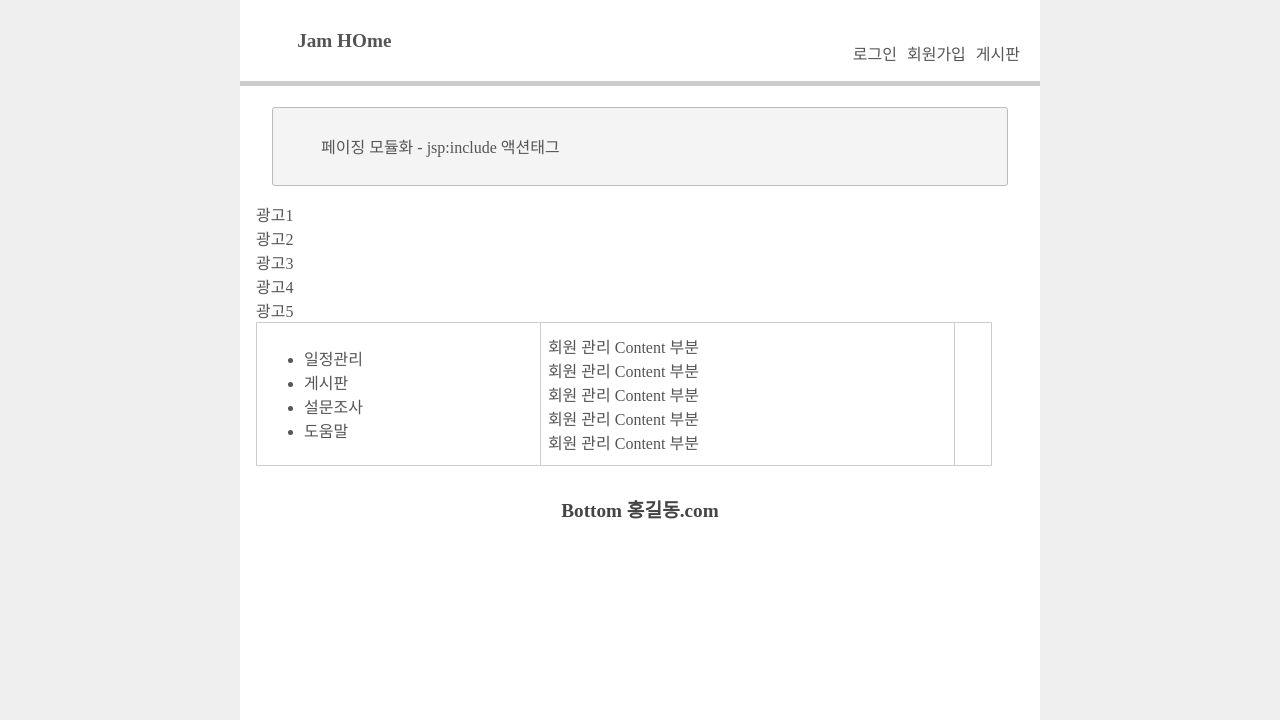
Repository: woals5636/JSPClass
Page: http://localhost/jspPro/days06/ex04_template.jsp
These files come from the project's save history. The page is drawn as it stood at one moment and after the next save; the edit follows.
The browser window is 1280 px wide. The pictures show the whole page.
Some web fonts or font styles are not loaded; a fallback is used. The page is served by Tomcat 9. Other server files are loaded and not shown.

Above is the page before, as saved 2024-10-22 05:05:11.

### jspPro/src/main/webapp/days06/ex04_template.jsp
<%@ page contentType="text/html; charset=UTF-8" pageEncoding="UTF-8"%>
<%@ taglib prefix="c" uri="http://java.sun.com/jsp/jstl/core"%>
<%@ page trimDirectiveWhitespaces="true" %>
<!DOCTYPE html>
<html>
<head>
<meta charset="UTF-8">
<title>Insert title here</title>
<link rel="shortcut icon" type="image/x-icon" href="http://localhost/jspPro/images/SiSt.ico">
<script src="https://ajax.googleapis.com/ajax/libs/jquery/3.7.1/jquery.min.js"></script>
<meta name="viewport" content="width=device-width, initial-scale=1.0">
<meta name="google" content="notranslate">
<link rel="stylesheet" href="http://localhost/jspPro/resources/cdn-main/example.css">
<script src="http://localhost/jspPro/resources/cdn-main/example.js"></script>
<style>
 span.material-symbols-outlined{
    vertical-align: text-bottom;
 }
</style>
</head>
<body>
<!-- TOP 공통 모듈 -->
<jsp:include page="/layout/top.jsp" flush="false"></jsp:include>
<div>
  <xmp class="code">
  	페이징 모듈화 - jsp:include 액션태그
  </xmp>

  <table>
  	<tr>
  		<td>
  		<jsp:include page="/days06/layout/left.jsp"></jsp:include>
  		</td>
  		<td>
  		회원 관리 Content 부분<br>
        회원 관리 Content 부분<br>
        회원 관리 Content 부분<br>
        회원 관리 Content 부분<br>
        회원 관리 Content 부분<br>
        </td>
  		<td></td>
  		<jsp:include page="/days06/layout/right.jsp"></jsp:include>
  	</tr>
  </table>
</div>

<!-- BOTTOM 공통 모듈 -->
<jsp:include page="/layout/bottom.jsp" flush="false"></jsp:include>
</body>
</html>

### jspPro/src/main/webapp/layout/top.jsp
<%@ page contentType="text/html; charset=UTF-8" pageEncoding="UTF-8"%>
<%@ taglib prefix="c" uri="http://java.sun.com/jsp/jstl/core"%>
<%@ page trimDirectiveWhitespaces="true" %>
<header>
  <h1 class="main"><a href="#" style="position: absolute;top:30px;">Jam HOme</a></h1>
  <ul>
    <li><a href="#">로그인</a></li>
    <li><a href="#">회원가입</a></li>
    <li><a href="#">게시판</a></li>
  </ul>
</header>

### jspPro/src/main/webapp/days06/layout/left.jsp
<%@ page contentType="text/html; charset=UTF-8" pageEncoding="UTF-8"%>
<%@ taglib prefix="c" uri="http://java.sun.com/jsp/jstl/core"%>
<%@ page trimDirectiveWhitespaces="true" %>
<ul>
	<li>일정관리</li>
	<li>게시판</li>
	<li>설문조사</li>
	<li>도움말</li>
</ul>

### jspPro/src/main/webapp/days06/layout/right.jsp
<%@ page contentType="text/html; charset=UTF-8" pageEncoding="UTF-8"%>
<%@ taglib prefix="c" uri="http://java.sun.com/jsp/jstl/core"%>
<%@ page trimDirectiveWhitespaces="true" %>
광고1<br>
광고2<br>
광고3<br>
광고4<br>
광고5<br>

### jspPro/src/main/webapp/layout/bottom.jsp
<%@ page contentType="text/html; charset=UTF-8" pageEncoding="UTF-8"%>
<%@ taglib prefix="c" uri="http://java.sun.com/jsp/jstl/core"%>
<%@ page trimDirectiveWhitespaces="true" %>
<div style="height: 100px; text-align: center;">
	<h3>Bottom 홍길동.com</h3>
</div>

### jspPro/src/main/webapp/resources/cdn-main/example.css
@charset "UTF-8";

@import url('https://fonts.googleapis.com/css2?family=Material+Symbols+Outlined:opsz,wght,FILL,GRAD@20..48,100..700,0..1,-50..200');

@font-face {
    font-family: 'GmarketSansMedium';
    src: url('https://cdn.jsdelivr.net/gh/projectnoonnu/noonfonts_2001@1.1/GmarketSansMedium.woff') format('woff');
    font-weight: normal;
    font-style: normal;
}

:root {
	--text-color: #555;
	--sub-text-color: #777;
	--back-color: #EFEFEF;
	--header-color: #444;
	--primary-color: #DEDEDE;
	--secondary-color: #EFEFEF;
	--default-width: 800px;
	--narrow-width: 500px;
	--wide-width: 1200px;
	--text-font: 'GmarketSansMedium';
	--icon-font: 'Material Symbols Outlined';
	--border-color: #CCC;
}

html, body {
	margin: 0;
	padding: 0;
}

html {
	background-color: var(--back-color);
	display: flex;
	justify-content: center;
	min-height: 100vh;
}

body, body.default {
	width: var(--default-width);
	background-color: white;
	padding-bottom: 120px;
}

body.wide {
	width: var(--wide-width);
}

body.narrow {
	width: var(--narrow-width);
}



body, p, div, span, a, input, select, option, textarea, button, table, th, td, label, fieldset, legend {
	font-family: var(--text-font);
	color: var(--text-color);
}

h1, h2, h3 {
	font-family: var(--text-font);
	color: var(--header-color);
	padding: 0 1rem;
	padding-top: .5rem;
}

div > h1, div > h2, div > h3 {
	padding: 0;
}

body > div, body > main > div {
	padding: 0.3rem 1rem;
}


h1 { font-size: 2rem; border-bottom: 1px solid var(--border-color); }
h1 small { font-size: 1.2rem; color: var(--sub-text-color); }
h2 { font-size: 1.5rem; border-bottom: 1px dashed var(--border-color); }
h2 small { font-size: 1.1rem; color: --sub-text-color; }
h3 { font-size: 1.2rem; }
h3 small { font-size: 1rem; color: --sub-text-color; }



h1.main::before {
	font-family: var(--icon-font);
  	content: '\e666';
  	margin-right: 10px;
  	float: left;
	font-size: 2.5rem;
}

h1.sub::before {
	font-family: var(--icon-font);
  	content: '\ea19';
  	margin-right: 10px;
  	float: left;
	font-size: 2.5rem;
}


h1.page::before {
	font-family: var(--icon-font);
  	content: '\e0e0';
  	margin-right: 10px;
  	float: left;
	font-size: 2.5rem;
}

body > header > ul > li > .active{
	background-color: #FFF;
	color:#F00;
}

body > header {
	display: flex;
	justify-content: space-between;
	border-bottom: 5px solid var(--border-color);
	min-height: 74px;
	background-color: #FFF;
}

body > header.sticky {
	position: sticky;
	top: 0;
	z-index: 98;
}

body > header > h1 {
	font-size: 1.2rem;
	border: 0;
}

body > header.in > h1::before {
	font-family: var(--icon-font);
  	content: '\e332‥';
  	margin-right: 3px;
  	float: left;
	font-size: 2rem;
}


body > header > ul {
	list-style-type: none;
	display: flex;
	align-items: flex-end;
	margin-right: 10px;
}

body > header > ul > li {
	margin-right: 10px;
	cursor: pointer;
}

body > header > ul > li > a {
	cursor: pointer;
}


form {
	display: block;
}

form > div {
	padding: 0.3rem 1rem;
}

div > form > div {
	padding: 0.3rem 0;
}

input, textarea, button, select {
	border: 1px solid #BBB;
	border-radius: 3px;
	outline: none;
	resize: none;
	padding: 7px;
	margin: 0;
}

input[type=text]:read-only, textarea:read-only {
	cursor: not-allowed;
	background-color: #FFF;
}

input[type=text]:disabled, textarea:disabled {
	cursor: not-allowed;
	background-color: #EEE;
}

input[type=text], input[type=password], textarea, button, select {
	/* width: 300px; */
}

textarea {
	display: block;
	height: 100px;
}

input[type=button], input[type=submit], button {
	/* width: inherit; */
}

input.short, textarea.short, button.short, select.short {
	width: 100px;
}

input.long, textarea.long, button.long, select.long {
	width: 350px;
}

.narrow input.long, .narrow textarea.long, .narrow button.long, .narrow select.long {
	width: calc(100% - 20px);
}

input.full, textarea.full, button.full, select.full {
	width: calc(100% - 20px);
}

textarea.short {
	height: 50px;
}

textarea.long {
	height: 100px;
}

textarea.full {
	height: 200px;
}

input, textarea {
	padding-top: 8px;
}

input[type=button], input[type=submit], button {
	padding: 5px 10px;
	background-color: var(--secondary-color);
	cursor: pointer;
	min-height: 36px;
}

input[type=button].primary, input[type=submit].primary, button.primary {
	/* background-color: rgba(100, 149, 237, .2); */
	background-color: var(--primary-color);
}

input[type=button].primary:hover, input[type=submit].primary:hover, button.primary:hover {
	/* background-color: rgba(100, 149, 237, .3); */
	background-color: var(--secondary-color);
}

input[type=button]:hover, input[type=submit]:hover, button:hover {
	background-color: var(--primary-color);
}

button {
	position: relative;
	left: 0;
	top: 0;
	padding-left: 35px;
}

button .material-symbols-outlined {
	position: absolute;
	left: 10px;
	top: 4px;
}

/* k2nik add */
button.login::before {
	font-family: var(--icon-font);
  	content: '\ea77';
	position: absolute;
	left: 11px;
	top: 4px;
	font-size: 1.25rem;
}

/* k2nik logout */
button.logout::before {
	font-family: var(--icon-font);
  	content: '\e9ba';
	position: absolute;
	left: 11px;
	top: 4px;
	font-size: 1.25rem;
}

/* k2nik help */
button.help::before {
	font-family: var(--icon-font);
  	content: '\f1c0';
	position: absolute;
	left: 11px;
	top: 4px;
	font-size: 1.25rem;
}

button.add::before{
	font-family: var(--icon-font);
  	content: '\e746';
	position: absolute;
	left: 11px;
	top: 4px;
	font-size: 1.25rem;
}

button.back::before {
	font-family: var(--icon-font);
  	content: '\e166';
	position: absolute;
	left: 11px;
	top: 4px;
	font-size: 1.25rem;
}

button.list::before {
	font-family: var(--icon-font);
  	content: '\e0ee';
	position: absolute;
	left: 11px;
	top: 4px;
	font-size: 1.25rem;
}


button.del::before {
	font-family: var(--icon-font);
  	content: '\e872';
	position: absolute;
	left: 11px;
	top: 4px;
	font-size: 1.25rem;
}


button.edit::before {
	font-family: var(--icon-font);
  	content: '\e745';
	position: absolute;
	left: 11px;
	top: 4px;
	font-size: 1.25rem;
}


button.login::before {
	font-family: var(--icon-font);
  	content: '\ea77';
	position: absolute;
	left: 11px;
	top: 4px;
	font-size: 1.25rem;
}


button.logout::before {
	font-family: var(--icon-font);
  	content: '\e9ba';
	position: absolute;
	left: 11px;
	top: 4px;
	font-size: 1.25rem;
}


button.in::before {
	font-family: var(--icon-font);
  	content: '\f71a';
	position: absolute;
	left: 11px;
	top: 4px;
	font-size: 1.25rem;
}


button.out::before {
	font-family: var(--icon-font);
  	content: '\f70e';
	position: absolute;
	left: 11px;
	top: 4px;
	font-size: 1.25rem;
}


button.reply::before {
	font-family: var(--icon-font);
  	content: '\e15e';
	position: absolute;
	left: 11px;
	top: 4px;
	font-size: 1.25rem;
}


button.comment::before {
	font-family: var(--icon-font);
  	content: '\e0b9';
	position: absolute;
	left: 11px;
	top: 4px;
	font-size: 1.25rem;
}


button.modal::before {
	font-family: var(--icon-font);
  	content: '\e89e';
	position: absolute;
	left: 11px;
	top: 4px;
	font-size: 1.25rem;
}


button.ok::before {
	font-family: var(--icon-font);
  	content: '\e86c';
	position: absolute;
	left: 11px;
	top: 4px;
	font-size: 1.25rem;
}


button.cancel::before {
	font-family: var(--icon-font);
  	content: '\e5c9';
	position: absolute;
	left: 11px;
	top: 4px;
	font-size: 1.25rem;
}

button.search::before {
	font-family: var(--icon-font);
  	content: '\e8b6';
	position: absolute;
	left: 11px;
	top: 4px;
	font-size: 1.25rem;
}

button.home::before {
	font-family: var(--icon-font);
  	content: '\e88a';
	position: absolute;
	left: 11px;
	top: 4px;
	font-size: 1.25rem;
}


button.sidebar::before {
	font-family: var(--icon-font);
  	content: '\f7e4';
	position: absolute;
	left: 11px;
	top: 4px;
	font-size: 1.25rem;
}


button.sidebar-right::before {
	font-family: var(--icon-font);
  	content: '\f7e5';
	position: absolute;
	left: 11px;
	top: 4px;
	font-size: 1.25rem;
}




button::before {
	font-family: var(--icon-font);
  	content: '\e323';
	position: absolute;
	left: 11px;
	top: 4px;
	font-size: 1.25rem;
}


table {
	border-collapse: collapse;
	margin: 1rem;
	box-sizing: border-box;
	width: calc(100% - 32px);
}

table.content {
	width: auto;
}

div > table {
	margin: 0;
}

table th, table td {
	border: 1px solid var(--border-color);
	padding: 7px;
	font-weight: normal;
}

table th {
	background-color: var(--back-color);
}

table.vertical th {
	width: 150px;
}

table.vertical td {
	width: calc(100% - 182px);
	padding-left: 10px;
}

table.content td, table.content th {
	width: auto;
}

body.narrow table.vertical th {
	width: 100px;
}

body.narrow table.vertical td {
	width: calc(100% - 182px);
}


table + table {
	margin-top: 30px;
}


p {
	padding: 0 1rem;
}

a {
	text-decoration: none;
}

a:hover {
	color: rgba(255, 99, 71, .7);
}

hr {
	border: 0;
	border-top: 1px solid var(--border-color);
	margin: 2rem 0;
}

.message {
	border: 1px solid var(--border-color);
	background-color: #EFEFEF;
	margin: 1rem;
	width: auto;
	padding-top: 10px;
	padding-bottom: 10px;
	font-size: 14px;
}

.message[title]::before {
	content: attr(title);
	display: block;
	border-bottom: 1px solid var(--border-color);
	padding-bottom: 5px;
	margin-bottom: 10px;
	margin-top: 7px;
}

.message.short {
	max-width: 250px;
}

.message.long {
	max-width: 500px;
}

.badge {
	float: right;
	font-size: .8rem;
	margin-top: 2px;
	margin-right: 2px;
	text-shadow: 0 0 7px gray;
}

.badge.left {
	float: none;
	margin-left: 2px;
}

.badge.right {
	float: right;
}

.badge.red {
	border-radius: 50%;
	padding: 2px 5px;
	background-color: rgb(255, 99, 71, .3);
}

.badge.yellow {

	border-radius: 50%;
	padding: 2px 5px;
	background-color: rgb(255, 215, 0, .5);
}

.badge.blue {
	border-radius: 50%;
	padding: 2px 5px;
	background-color: rgb(100, 149, 237, .3);
}

label + label {
	margin-left: 7px;
}

label input[type=checkbox], label input[type=radio] {
	transform: translate(0, 1px);
}

.group {
	display: flex;
}

.modal-content .group {
	margin-bottom: .5rem;
}

.group label {
	border: 1px solid #BBB;
	border-radius: 3px;
	outline: none;
	resize: none;
	padding: 7px 14px;
	margin: 0;
	border-top-right-radius: 0;
	border-bottom-right-radius: 0;
	background-color: #EFEFEF;
	white-space: nowrap;
	font-size: 14px;
}

.group input[type=text] {
	margin-left: -1px;
	border-top-left-radius: 0;
	border-bottom-left-radius: 0;
}

.group select {
	margin-left: -1px;
	border-top-left-radius: 0;
	border-bottom-left-radius: 0;
}

.group input.full[type=text] {
	margin-left: -1px;
	border-top-left-radius: 0;
	border-bottom-left-radius: 0;
	width: 100%;
}

.group input[type=button]:first-child, .group button:first-child {
	border-top-left-radius: 3px;
	border-bottom-left-radius: 3px;
	margin-left: 0px;
}

.group input[type=button], .group button {
	border-radius: 0;
	margin-left: -1px;
}

.group input[type=button]:last-child, .group button:last-child {
	margin-left: -1px;
	border-top-right-radius: 3px;
	border-bottom-right-radius: 3px;
}

.seperate {
	display: flex;
	justify-content: space-between;
}

div.list {
	width: max-content;
	margin: 1rem;
	border: 1px solid #BBB;
	border-radius: 3px;
	padding: 0;
}

div.list.full {
	width: auto;
	display: block;
	margin: 1rem;
	border: 1px solid #BBB;
	border-radius: 3px;
	padding: 0;
}

div.list > div {
	padding: .5rem 1rem;
	margin: 0;
	border-bottom: 1px solid #BBB;
}

div.list > div:last-child {
	border-bottom: 0;
}

pre.code , xmp.code{
	font-family: consols;
	background-color: rgba(150, 150, 150, .1);
	border: 1px solid #BBB;
	border-radius: 3px;
	padding: .5rem 1rem;
	padding-bottom: .6rem;
	margin: 1rem;
}




*[data-modal-window] {
	position: fixed;
	background-color: rgba(0, 0, 0, .3);
	left: 0;
	top: 0;
	display: none;
	justify-content: center;
	align-items: flex-start;
	width: 100%;
	min-height: 100vh;
	z-index: 100;
	opacity: 0;
	transition: 500ms all;
}

*[data-modal-window] .modal-container {
	border-radius: 5px;
	padding: 1rem;
	padding-bottom: .5rem;
	margin-top: -500px;
	opacity: 0;
	width: 500px;
	background-color: #FFF;
	margin-right: 2rem;
	transition: 500ms all;
}

*[data-modal-size=content] .modal-container {
	width: auto;
}

*[data-modal-size=narrow] .modal-container {
	width: 300px;
}

*[data-modal-size=wide] .modal-container {
	width: 760px;
}


*[data-modal-window] .modal-header {
	border-bottom: 1px solid var(--border-color);
	padding: 2px 5px;
}

*[data-modal-window] .modal-content {
	padding: 1rem 5px;
}

*[data-modal-window] .modal-content div:last-child {
	margin-top: 1rem;
	text-align: right;
}



*[data-sidebar-window] {
	position: fixed;
	background-color: #FFF;
	left: 0;
	top: 0;
	display: block;
	width: 300px;
	border-right: 1px solid var(--border-color);
	box-sizing: border-box;
	box-shadow: 0 0 3px var(--back-color);
	min-height: 100vh;
	z-index: 99;
	transform: translate(-300px, 0);
	transition-duration: 500ms;
	transition-property: transform;
}

*[data-sidebar-direction=right] {
	left: auto;
	right: 0;
	transform: translate(300px, 0);
	border-left: 1px solid var(--border-color);
}

*[data-sidebar-size=wide] {
	width: 500px;
	transform: translate(-500px, 0);
}

*[data-sidebar-window] .sidebar-title {
	border-bottom: 1px solid var(--border-color);
	margin-top: 20px;
	margin-bottom: 20px;
	padding-bottom: 5px;
	display: flex;
	justify-content: space-between;
}

*[data-sidebar-window] .sidebar-title span:last-child {
	cursor: pointer;
}


/* K2Nik pagination */
.center {
  text-align: center;
}

.pagination {
  display: inline-block;
}

.pagination a {
  color: black;
  float: left;
  padding: 3px 6px;
  text-decoration: none;
  transition: background-color .3s;
  border: 1px solid #ddd;
  margin: 0 3px;
}

.pagination a.active {
  background-color: #4CAF50;
  color: white;
  border: 1px solid #4CAF50;
}

.pagination a:hover:not(.active) {background-color: #ddd;}

### jspPro/src/main/webapp/resources/cdn-main/example.js

window.onload = () => {

    const list = document.querySelectorAll('input, textarea');

    list.forEach(item => {
        item.setAttribute('autocomplete', 'off');
    });


    const modal_btn_list = document.querySelectorAll('*[data-modal-button]');

    modal_btn_list.forEach(item => {
        item.onclick = function() {

            const name = this.dataset['modalButton'];
            const modal_window = document.querySelector('*[data-modal-window=' + name);

            const container = document.createElement('div');
            container.className = 'modal-container';



            const modal_header = document.createElement('div');
            modal_header.textContent = modal_window.dataset['modalTitle'];
            modal_header.className = 'modal-header';
            container.appendChild(modal_header);

            const modal_content = document.createElement('div');
            modal_content.className = 'modal-content';
            container.appendChild(modal_content);

            Array.from(modal_window.childNodes).forEach(item => {
                modal_content.appendChild(item);
            });

            modal_window.appendChild(container);

            modal_window.style.display = 'flex';

            setTimeout(() => {
                modal_window.style.opacity = 1;
                container.style.marginTop = '20px';
                container.style.opacity = 1;
            }, 50);


            const modal_ok = document.querySelector('*[data-modal-ok=' + name);
            modal_ok.addEventListener('click', function() {
                modal_window.style.opacity = 0;
                container.style.marginTop = '-500px';
                container.style.opacity = 0;

                setTimeout(() => {
                    modal_window.innerHTML = modal_content.innerHTML;
                    modal_window.style.display = 'none';
                }, 500);

            });

            const modal_cancel = document.querySelector('*[data-modal-cancel=' + name);
            modal_cancel.addEventListener('click', function() {

                modal_window.style.opacity = 0;
                container.style.marginTop = '-500px';
                container.style.opacity = 0;

                setTimeout(() => {
                    modal_window.innerHTML = modal_content.innerHTML;
                    modal_window.style.display = 'none';
                }, 500);
            });


        };
    });


    const sidebar_btn_list = document.querySelectorAll('*[data-sidebar-button]');

    sidebar_btn_list.forEach(item => {
        item.onclick = function() {



            const name = this.dataset['sidebarButton'];
            const sidebar_window = document.querySelector('*[data-sidebar-window=' + name);

            if (sidebar_window.style.transform == 'translate(0px, 0px)') return;



            sidebar_window.style.transform = 'translate(0, 0)';

            const sidebar_title = document.createElement('div');
            sidebar_title.className = 'sidebar-title';
            sidebar_title.innerHTML = '<span>' + sidebar_window.dataset['sidebarTitle'] + '</span><span class="material-symbols-outlined">close</span>';

            sidebar_title.children[1].onclick = function() {

                let sign = 1;
                let distance = 300;

                if (sidebar_window.dataset['sidebarDirection'] != 'right') {
                    sign = -1;
                } else {
                    sign = 1;
                }

                if (sidebar_window.dataset['sidebarSize'] != 'wide') {
                    distance = 300;
                } else {
                    distance = 500;
                }

                distance *= sign;

                sidebar_window.style.transform = 'translate(' + distance + 'px, 0)';

                setTimeout(function() {
                    sidebar_window.removeChild(sidebar_window.children[0]);
                }, 500);
            };


            sidebar_window.prepend(sidebar_title);

        }
    });

};

// window.onkeydown = function(event) {

//     if (event.keyCode == 27) {
//         if (document.querySelector('[data-modal-window').style.display == 'flex') {
//             document.querySelector('[data-modal-window').style.display = 'none';
//         }
//     }

// };

After the next save:
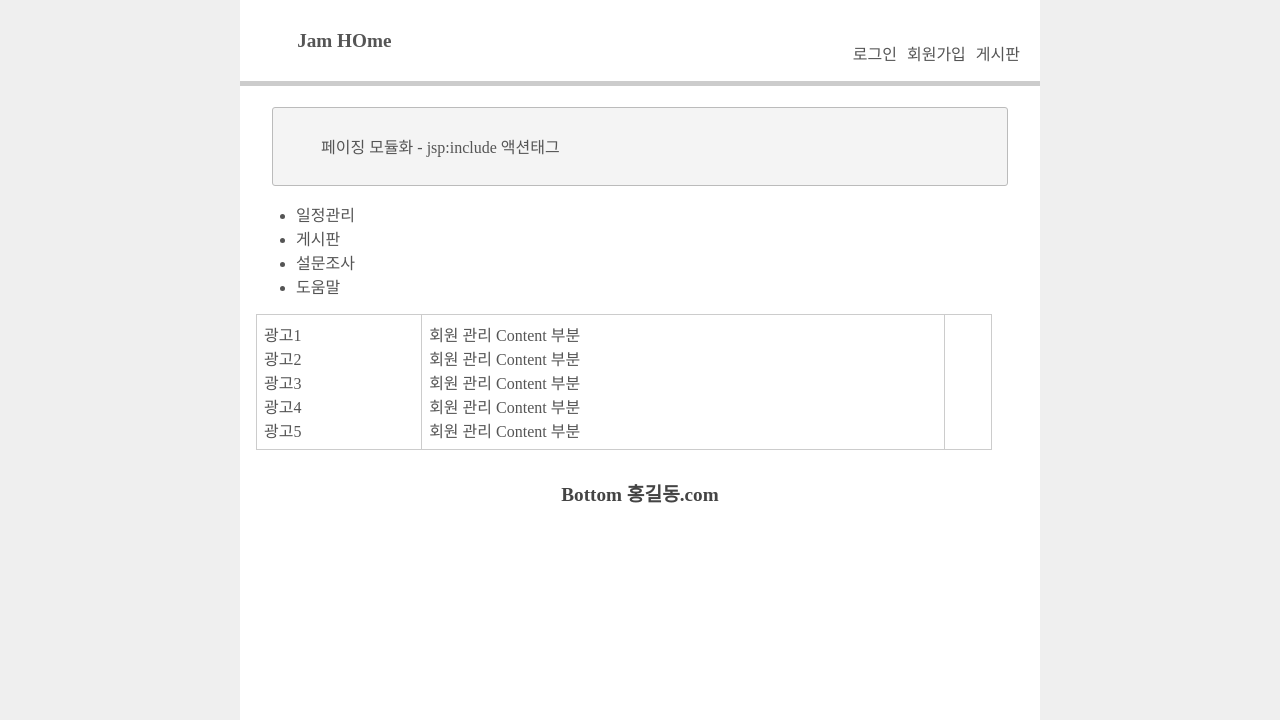
Saved 18 s later.
--- a/jspPro/src/main/webapp/days06/ex04_template.jsp
+++ b/jspPro/src/main/webapp/days06/ex04_template.jsp
@@ -29,7 +29,7 @@
   <table>
   	<tr>
   		<td>
-  		<jsp:include page="/days06/layout/left.jsp"></jsp:include>
+  		<jsp:include page="/days06/layout/right.jsp"></jsp:include>
   		</td>
   		<td>
   		회원 관리 Content 부분<br>
@@ -39,7 +39,7 @@
         회원 관리 Content 부분<br>
         </td>
   		<td></td>
-  		<jsp:include page="/days06/layout/right.jsp"></jsp:include>
+  		<jsp:include page="/days06/layout/left.jsp"></jsp:include>
   	</tr>
   </table>
 </div>

After the save that followed:
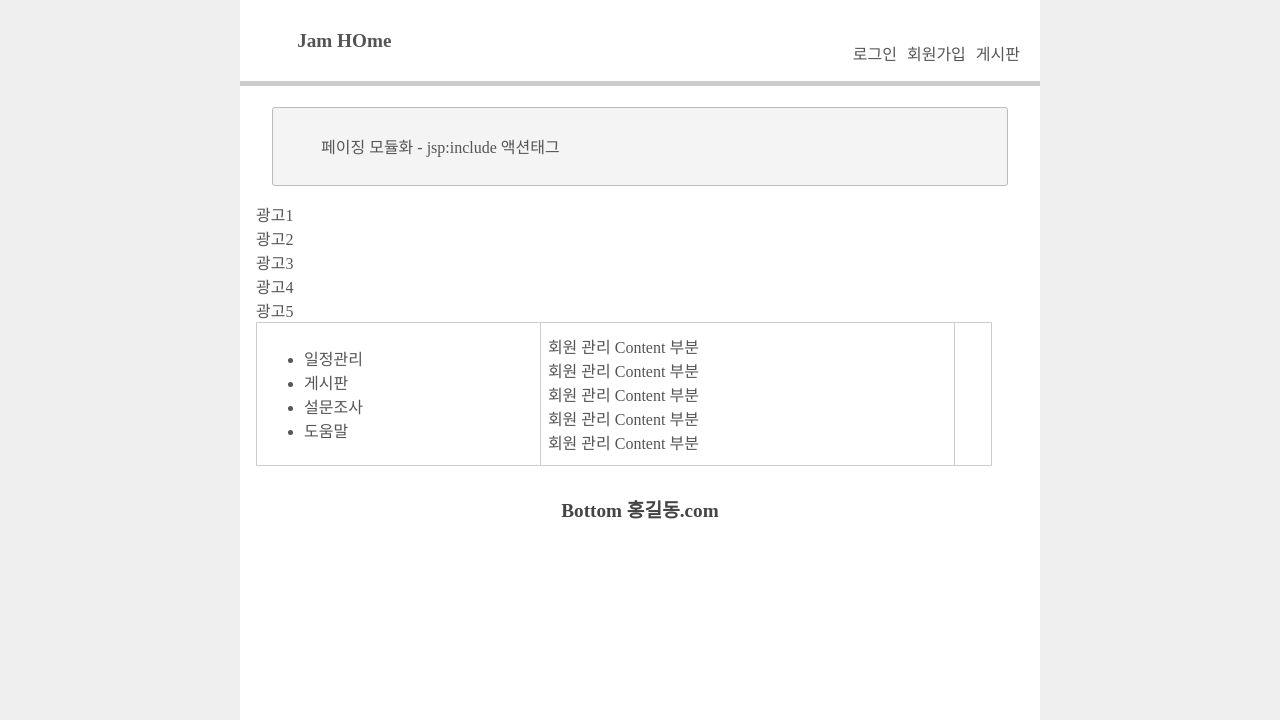
Saved 10 s later.
--- a/jspPro/src/main/webapp/days06/ex04_template.jsp
+++ b/jspPro/src/main/webapp/days06/ex04_template.jsp
@@ -29,7 +29,7 @@
   <table>
   	<tr>
   		<td>
-  		<jsp:include page="/days06/layout/right.jsp"></jsp:include>
+  		<jsp:include page="/days06/layout/left.jsp"></jsp:include>
   		</td>
   		<td>
   		회원 관리 Content 부분<br>
@@ -39,7 +39,7 @@
         회원 관리 Content 부분<br>
         </td>
   		<td></td>
-  		<jsp:include page="/days06/layout/left.jsp"></jsp:include>
+  		<jsp:include page="/days06/layout/right.jsp"></jsp:include>
   	</tr>
   </table>
 </div>
